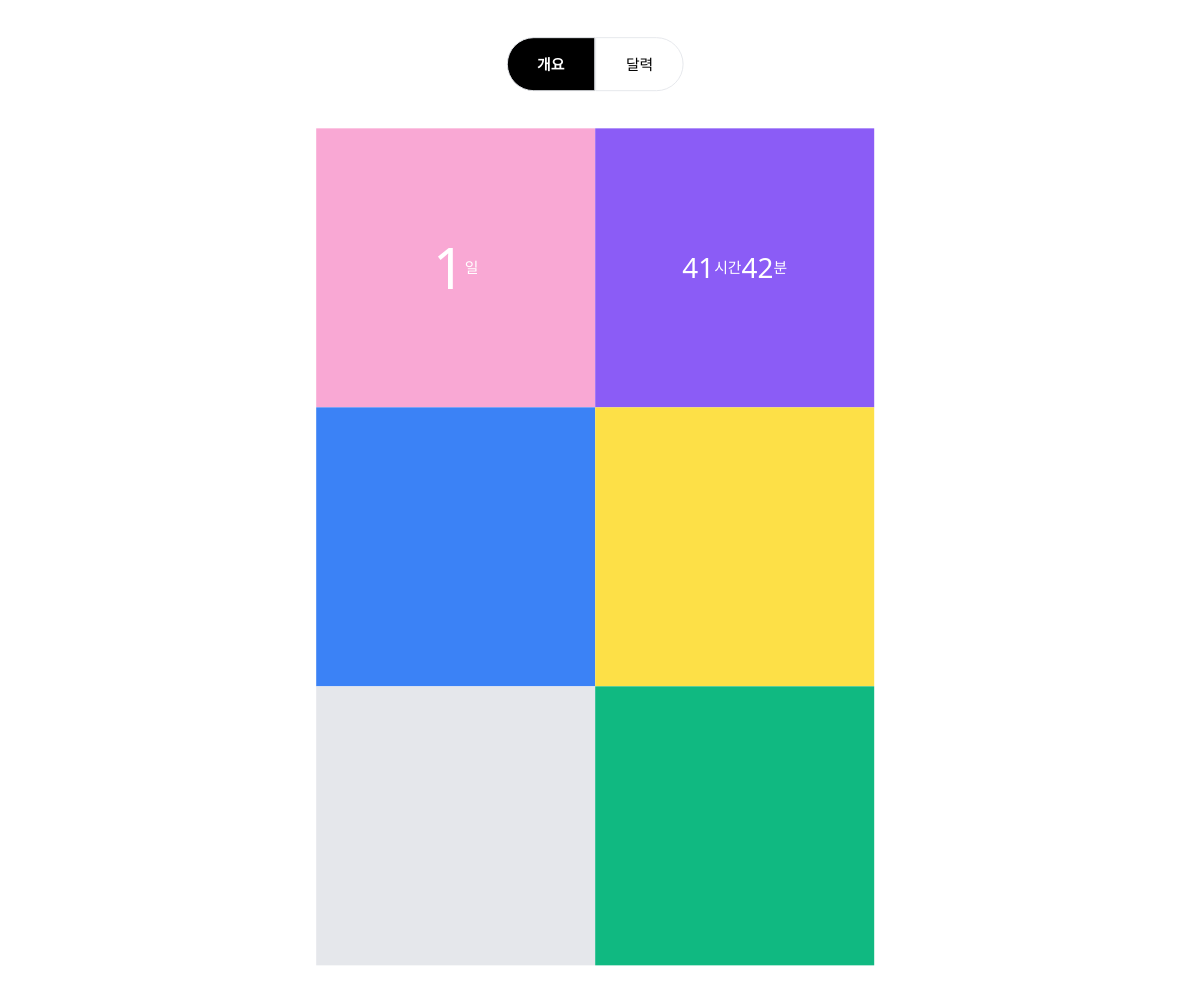
Repository: honey-punch/my-alcohol
Page: /
These files come from the project's save history. The page is drawn as it stood at one moment and after the next save; the edit follows.
The browser window is 1280 px wide. The pictures show the whole page, at 93% of full size.
The project was rebuilt for these pictures with package versions that can differ from the ones it lists, and the page was loaded fresh each time. The framework's server and built-in components were replaced by stand-ins that run in the browser. Also part of the build but not shown: next.config.ts, src/app/_component/Calendar.tsx.

Above is the page before, as saved 2025-02-10 15:56:03.

After the next save:
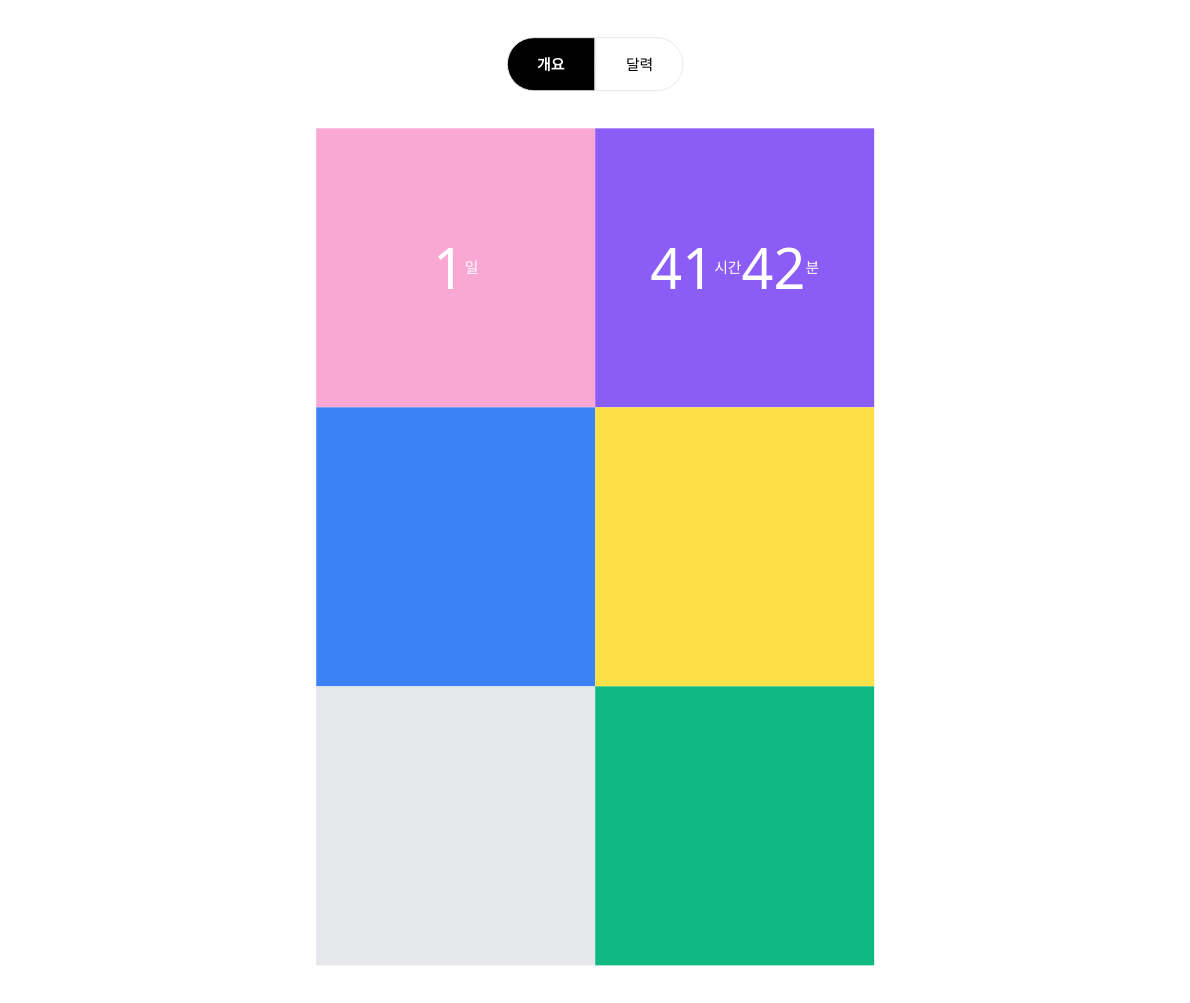
Saved 5 s later.
--- a/src/app/_component/Summary.tsx
+++ b/src/app/_component/Summary.tsx
@@ -25,9 +25,9 @@ export default function Summary() {
         style={{ width: `${BOX_SIZE}px`, height: BOX_SIZE }}
         className="bg-violet-500 text-white flex justify-center items-center "
       >
-        <span className="text-3xl">{diffTime.diffHour}</span>
+        <span className="text-6xl">{diffTime.diffHour}</span>
         <span className="">시간</span>
-        <span className="text-3xl">{diffTime.diffMin}</span>
+        <span className="text-6xl">{diffTime.diffMin}</span>
         <span className="">분</span>
       </div>
       <div
